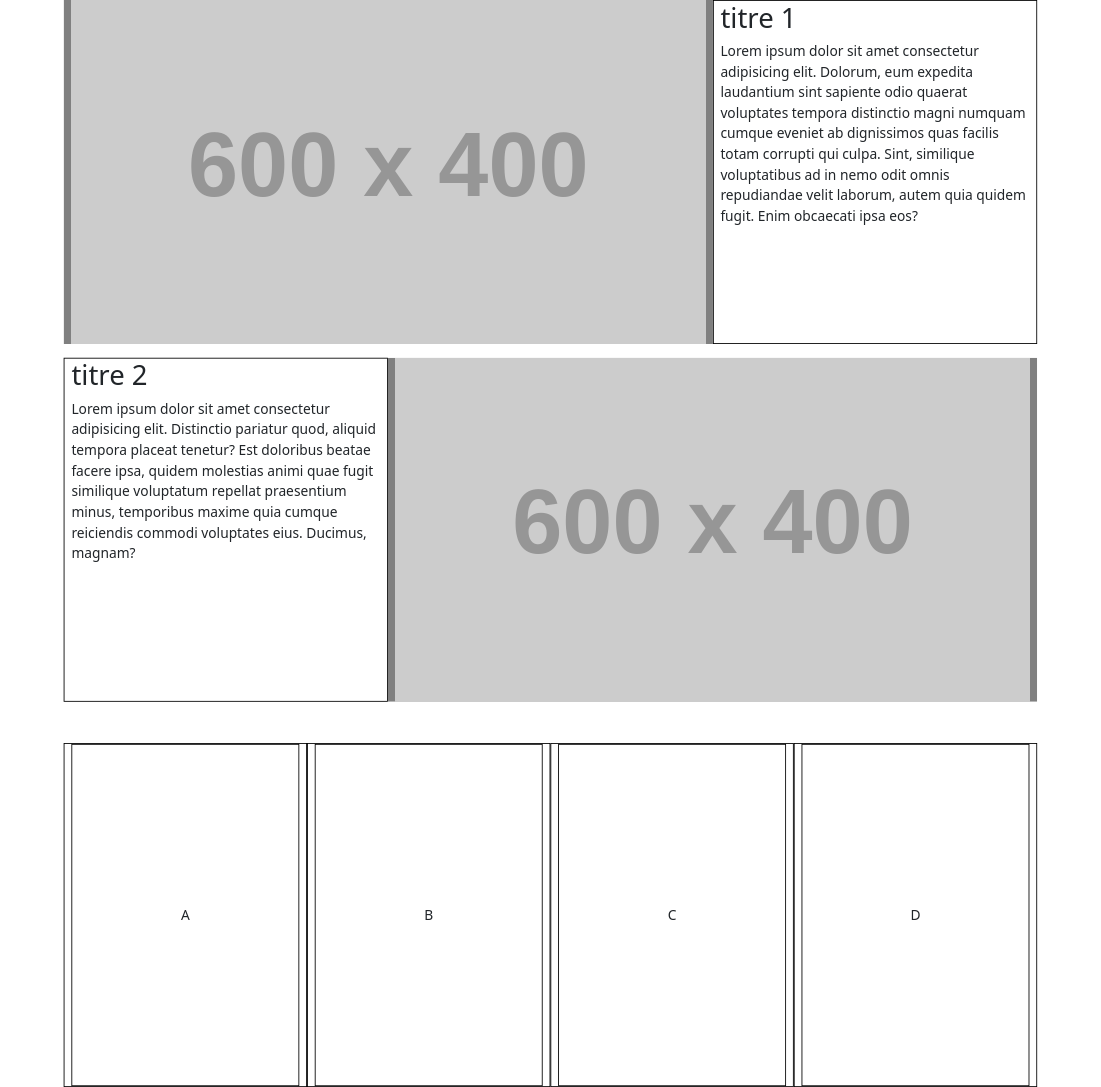
Repository: fbansept/ran4_24
Page: correction-tp.html
These files come from the project's save history. The page is drawn as it stood at one moment and after the next save; the edit follows.
The browser window is 1280 px wide. The pictures show the whole page, at 86% of full size.

Above is the page before, as saved 2024-10-22 10:00:19.

After the next save:
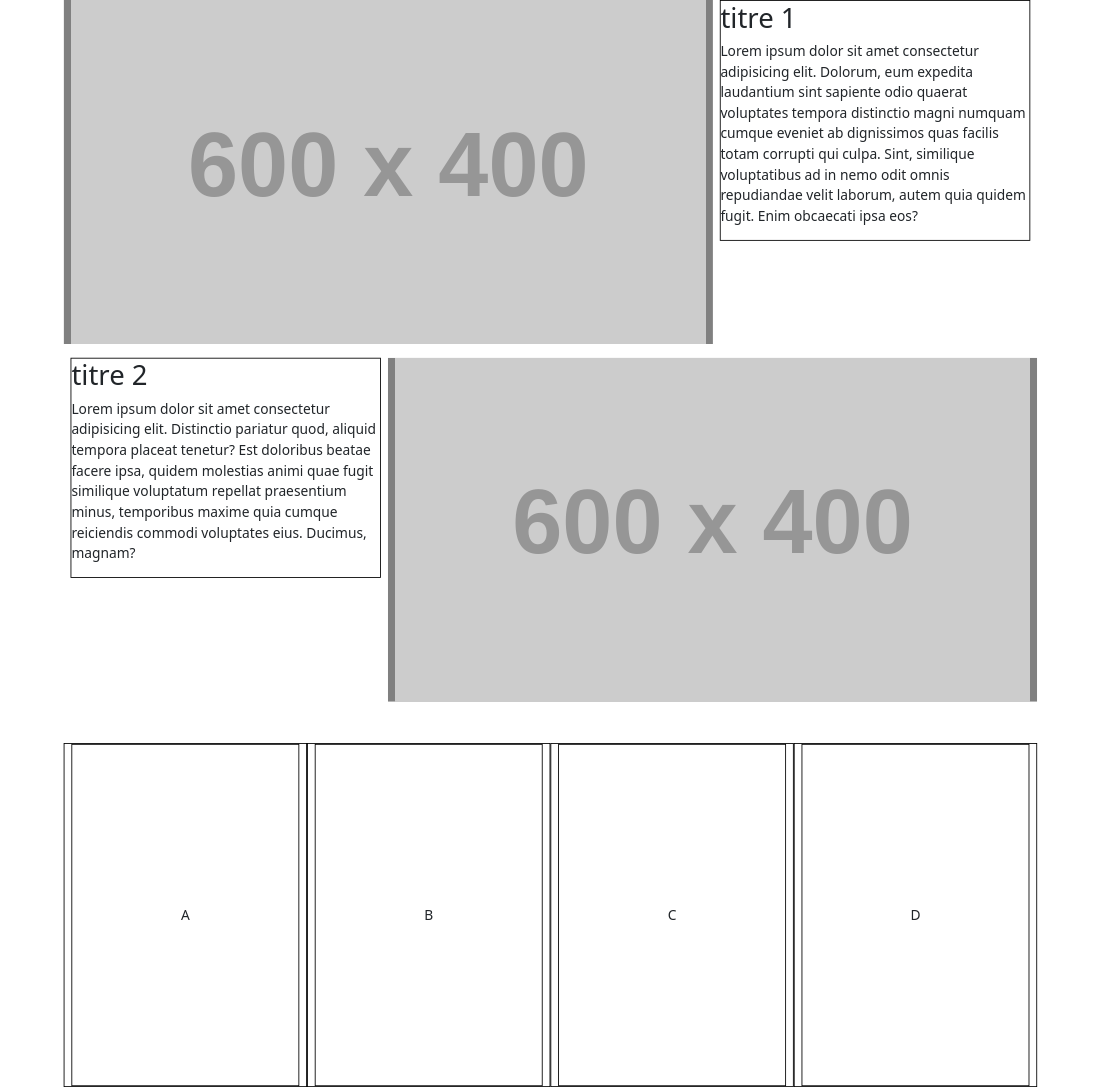
Saved 14 s later.
--- a/style.css
+++ b/style.css
@@ -4,7 +4,7 @@ section > img {
   height: 400px;
 }
 
-section > article,
+section > article > div,
 section > div {
   border: 1px solid black;
 }
